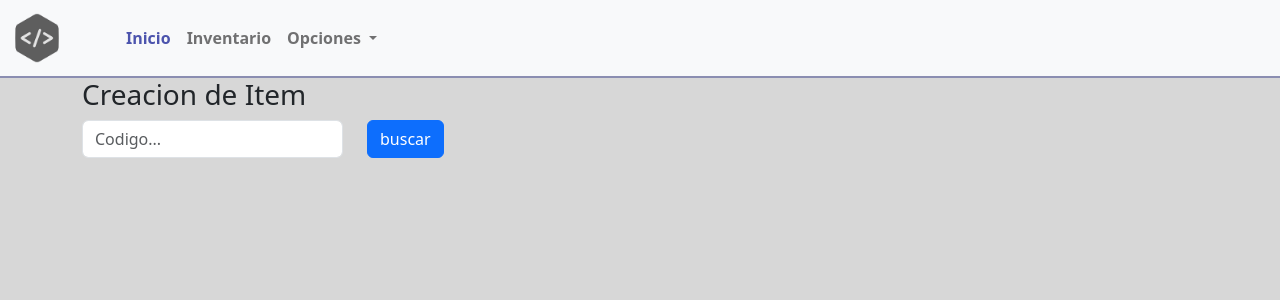
Repository: ingandresmolero/AdministrativoBarber
Page: http://localhost/views/operacion/add_stock.php
An editor plug-in stored every save of this project. The page is shown before and after the next save, followed by the edit.
The browser window is 1280 px wide. The pictures show the whole page.
The page is run by PHP 8.4 with error messages shown; the project is at /var/www/html/. The session is filled in as if someone had signed in: {"username": 1, "rol": "master"}. Style sheets and scripts are compiled from the project's sources, by tool versions that may differ from the author's.

Above is the page before, as saved 2023-05-14 18:56:23.

After the next save:
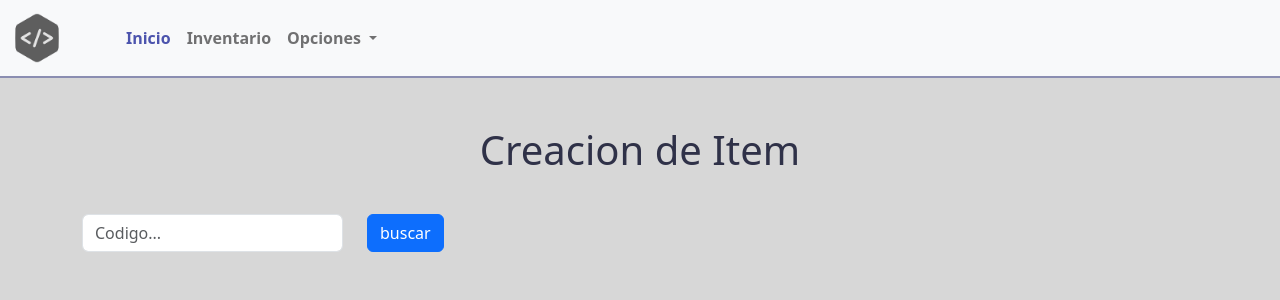
Saved 34 s later.
--- a/NEW/views/operacion/add_stock.php
+++ b/NEW/views/operacion/add_stock.php
@@ -23,9 +23,10 @@ include("../../php/dbconn.php");
 
     <main>
         <div class="container" id="prueba1">
+            <h1 class="page-heading">Creacion de Item</h1>
             <form action="" method="post" class="form-style-1">
                 <div class="row mb-3">
-                    <h3>Creacion de Item</h3>
+
                     <div class="col-lg-3 ">
 
                         <input type="tex" class="form-control" name="codigo" id="" placeholder="Codigo...">
